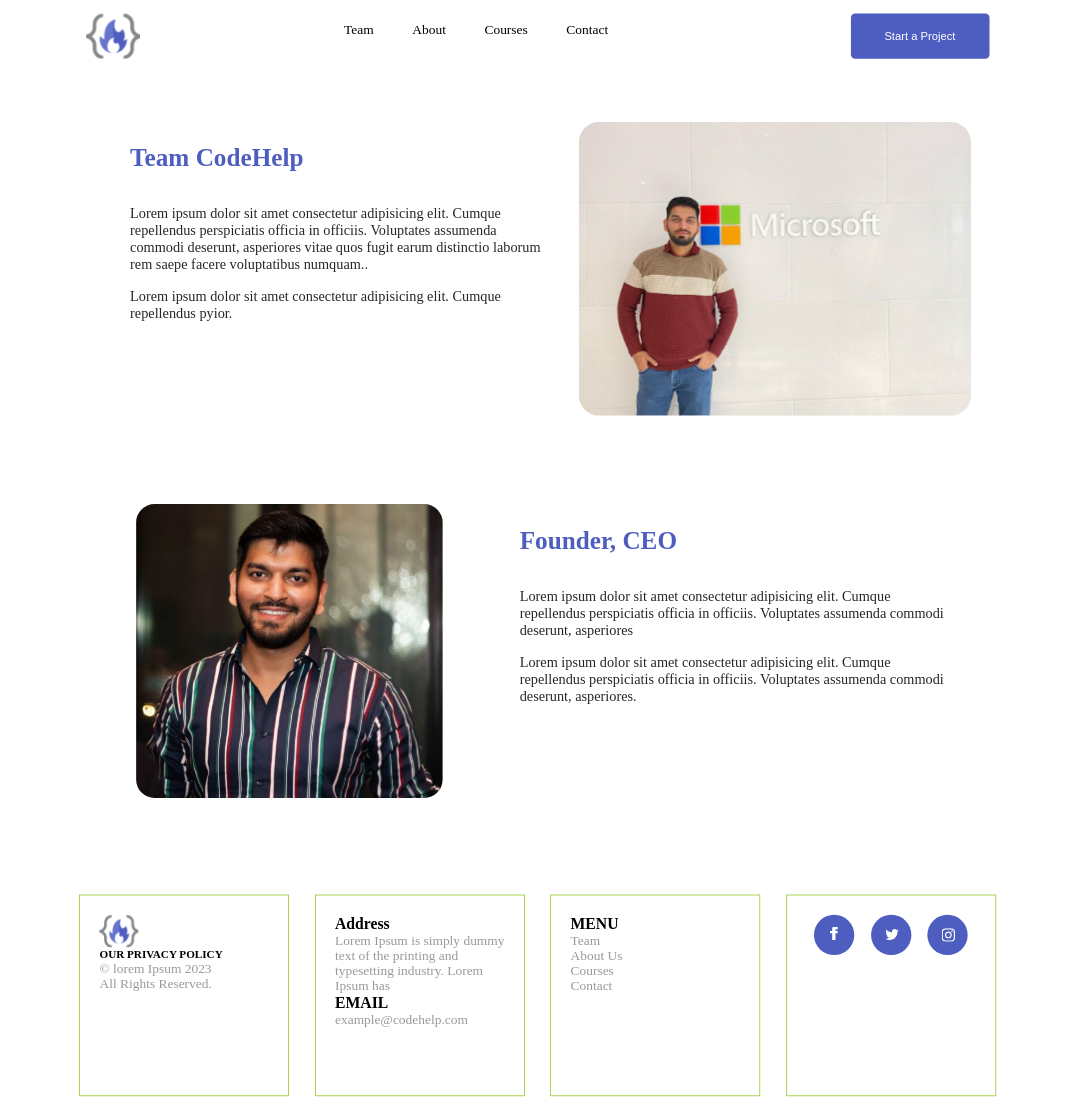
Repository: PraffulPatel27/Codehelp-Mini-Clone
Page: index.html
These files come from the project's save history. The page is drawn as it stood at one moment and after the next save; the edit follows.
The browser window is 1280 px wide. The pictures show the whole page, at 84% of full size.

Above is the page before, as saved 2024-02-26 01:19:55.

### index.html
<!DOCTYPE html>
<html lang="en">
<head>
    <meta charset="UTF-8">
    <meta name="viewport" content="width=device-width, initial-scale=1.0">
    <title>Codehelp Website Clone</title>
    <link rel="stylesheet" href="style.css">
    <link rel="icon" href="assets/logo.png" type="image/x-icon">
</head>
<body>

    <div class="wrapper">

        <nav>
            <div class="nav-container">
                <img src="assets/logo.svg" alt="logo" class="logo">

                <div class="nav-links">
                    <p> Team</p>
                    <p> About</p>
                    <p> Courses</p>
                    <p> Contact</p>
                </div>

                <button class="start-btn">Start a Project</button>
            </div>
        </nav>


        <div class="container-1">

            <div class="box" id="main">
                <div class="left-text">
                    <h2> Team CodeHelp </h2>
                    <p> Lorem ipsum dolor sit amet consectetur adipisicing elit. Cumque repellendus perspiciatis officia in officiis. Voluptates assumenda commodi deserunt, asperiores vitae quos fugit earum distinctio laborum rem saepe facere voluptatibus numquam.. </p><br>

                    <p>Lorem ipsum dolor sit amet consectetur adipisicing elit. Cumque repellendus pyior. </p>
                </div>

                <img src="assets/Love_babar_bhaiya_1.svg" alt="image" class="right-image">
            </div>

            <div class="box" id="main-2">
                <img src="assets/Love_babar_bhaiya_2.svg" alt="image" class="right-image">

                <div class="left-text">
                    <h2> Founder, CEO </h2>
                    <p> Lorem ipsum dolor sit amet consectetur adipisicing elit. Cumque repellendus perspiciatis officia in officiis. Voluptates assumenda commodi deserunt, asperiores</p><br>

                    <p>Lorem ipsum dolor sit amet consectetur adipisicing elit. Cumque repellendus perspiciatis officia in officiis. Voluptates assumenda commodi deserunt, asperiores. </p>
                </div>
            </div>

        </div>

    </div>

    <footer>
        <div class="foot-container">

            <div class="main-head-footer-container">
                <div class="ft-box" id="ftb-1">
                    <img src="assets/logo.svg" alt="logo" class="logo">
                    <h5>OUR PRIVACY POLICY</h5>
                    <p>© lorem Ipsum 2023<br>
                        All Rights Reserved.</p>
                </div>

                <div class="ft-box">
                    <h3>Address</h3>
                    <p>Lorem Ipsum is simply dummy text of the printing and typesetting industry. Lorem Ipsum has </p>

                    <h3>EMAIL</h3>
                    <p>example@codehelp.com</p>
                </div>

                <div class="ft-box">
                    <h3>MENU</h3>
                    <p> Team </p>
                    <p> About Us</p>
                    <p> Courses </p>
                    <p> Contact</p>
                </div>

                <div class="ft-box">
                    <div class="social">

                        <div class="img-1">
                            <img src="assets/facebook.svg" alt="facebook">
                        </div>

                        <div class="img-2" id="img-2">
                            <img src="assets/twitter.svg" alt="twitter">
                        </div>

                        <div class="img-3">
                            <img src="assets/instagram.svg" alt="instagram">
                        </div>
                    </div>
                </div>
            </div>

        </div>
    </footer>
</body>
</html>

### style.css
* {
    margin: 0;
    padding: 0;
    box-sizing: border-box;
    font-style: 'Roboto Flex', sans-serif;
}

.wrapper {
    padding-left: 8%;
    padding-right: 8%;
}

.nav-container {
    display: flex;
    justify-content: space-between;
    position: sticky;
    /* border: 1px solid red; */
    margin-bottom: 4%;
}

.nav-container img {
    padding-top: 1.5%;
    width: 6%;
}

.nav-container button {
    width: 165px;
    height: 54px;
    margin-top: 1.5%;
    background: #4E5DC0;
    border-radius: 5px;
    color: #fff;
    border: none;
}

.nav-links {
    display: flex;
    justify-content: space-evenly;
    justify-content: center;
    align-items: center;
    /* list-style-type: none; */
}

.nav-links p {
    margin-right: 26%;
}

.container-1 {
    height: 885px;
    margin-bottom: 5%;
    /* border: 1px solid green; */
    display: grid;

    grid-template-rows: 1fr 1fr;
    grid-template-columns: 1fr;
    grid-gap: 25px;

    grid-template-areas:
    "main"
    "main2";
}

.box {
    /* border: 2px solid red; */
    /* background-color: antiquewhite; */

}
#main {
    grid-area: main;
    padding: 3% 2% 3% 2%;

    display: flex;
    justify-content: space-between;
}
#main img {
    width: 480px;
    height: 350px;
}
.left-text {
    padding-top: 2.5%;

    /* advanced width  */
    flex-basis: 550px;
    height: 350px;
    margin-right: 3%;
    margin-left: 3%;
    /* border: 2px solid blue; */
}
.left-text h2 {
    color: #4E5DC0;
    font-size: 30px;
    margin-bottom: 8%;
}
.left-text p {
    color: #000000;
    font-size: 17px;
    opacity: 0.85;
}

#main-2 {
    grid-area: main2;
    padding: 3% 2% 3% 0%;

    display: flex;
    justify-content: space-between;
}
#main-2 img {
    width: 527px;
    height: 350px;
}



 /* footer start here */
/* .foot-container {
    height: 280px;
    border: 2px solid brown;
    padding-left: 5%;
    padding-right: 5%;

    display: grid;
    grid-template-columns: repeat(4, 1fr);
    grid-template-rows: 1fr;
    justify-content: space-evenly;
} */
.foot-container {
    min-height: 280px;
    /* border: 2px solid brown; */
    padding-left: 5%;
    padding-right: 5%;
    padding-top: 1%;
    padding-bottom: 1%;
}

.main-head-footer-container {
    /* border: 2px solid yellow; */
    display: flex;
    flex-wrap: wrap;
    justify-content: space-evenly;
}

.ft-box {
    border: 1px solid yellowgreen;
    padding: 2%;
    width: 250px;
    height: 240px;
}

#ftb-1 {
    display: flex;
    flex-direction: column;
    justify-content: flex-start;
}
#ftb-1 img {
    width: 23%;
}

.main-head-footer-container p {
    color: rgba(153, 153, 153, 1);
    font-weight: 500;
}

.social {
    display: flex;
    justify-content: space-around;
    /* align-items: center; */
    /* border: 1px solid red; */
    /* margin-top: 5%; */
}

.img-1 {
    width: 48px;
    height: 48px;
    background-color: #4E5DC0;
    border-radius: 50%;
}
.img-1 img {
    padding-top: 30%;
    padding-left: 40%;
}

.img-2 {
    width: 48px;
    height: 48px;
    background-color: #4E5DC0;
    border-radius: 50%;
}
.img-2 img {
    padding-top: 36%;
    padding-left: 36%;
}

.img-3 {
    width: 48px;
    height: 48px;
    background-color: #4E5DC0;
    border-radius: 50%;
}
.img-3 img {
    padding-top: 33%;
    padding-left: 35%;
}

After the next save:
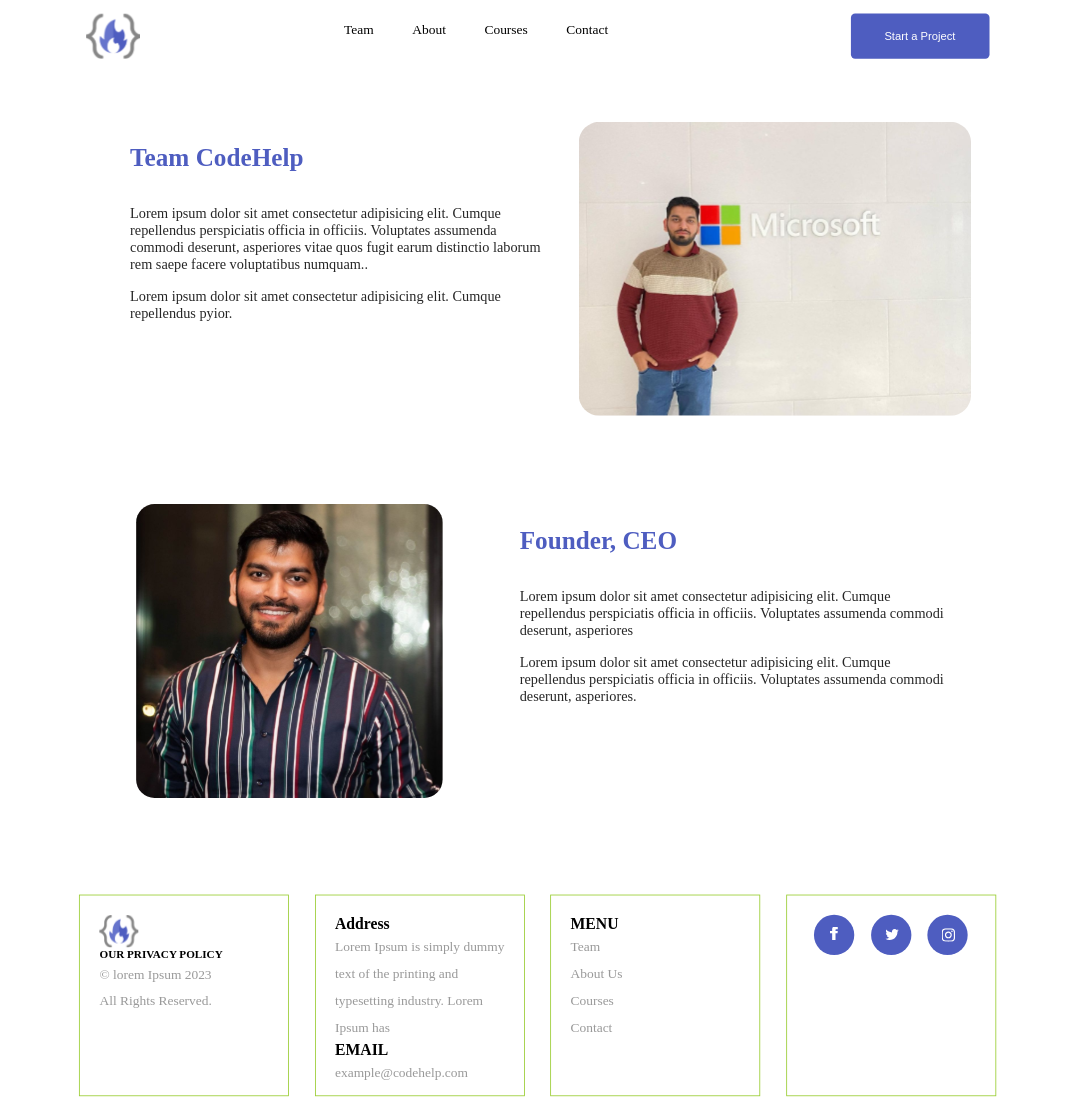
Saved 20 s later.
--- a/style.css
+++ b/style.css
@@ -158,6 +158,13 @@
 .main-head-footer-container p {
     color: rgba(153, 153, 153, 1);
     font-weight: 500;
+    font-family: Raleway;
+font-size: 16px;
+font-weight: 500;
+line-height: 32px;
+letter-spacing: 0px;
+text-align: left;
+
 }
 
 .social {
